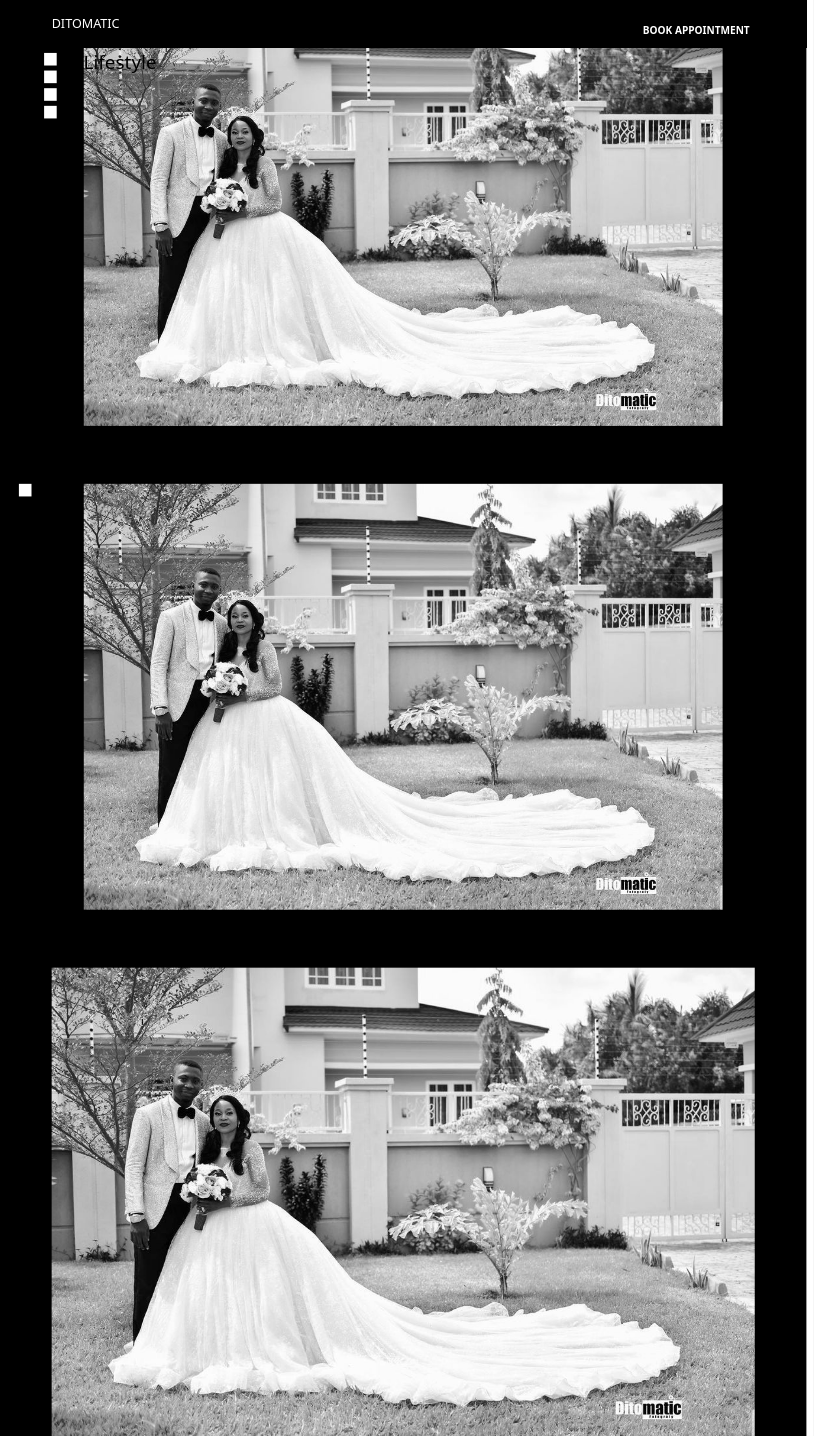
Repository: latenightsnacc/Ditomatic-Demo
Page: ditomatic.html
These files come from the project's save history. The page is drawn as it stood at one moment and after the next save; the edit follows.
The browser window is 1280 px wide. The page is 1292 px wide, so the pictures cover 1292 px, including what lies to the right of the window. The pictures show the whole page, at 63% of full size.
Some web libraries are served in a nearby version.

Above is the page before, as saved 2021-02-23 18:34:29.
Console error: TypeError: Cannot read properties of null (reading 'addEventListener')

### ditomatic.html
<!DOCTYPE html>
<html lang="en">
<head>
    <meta charset="UTF-8">
    <meta name="viewport" content="width=device-width, initial-scale=1.0">
    <!--Tailwind 2.0.2-->
    <link href="https://cdnjs.cloudflare.com/ajax/libs/tailwindcss/2.0.2/tailwind.min.css" rel="stylesheet">
    <!--Font Awesome 5.15.1-->
    <link rel="stylesheet" href="https://cdnjs.cloudflare.com/ajax/libs/font-awesome/5.15.1/css/all.min.css" integrity="sha512-+4zCK9k+qNFUR5X+cKL9EIR+ZOhtIloNl9GIKS57V1MyNsYpYcUrUeQc9vNfzsWfV28IaLL3i96P9sdNyeRssA==" crossorigin="anonymous" />
    <!-- Bootstrap 5.0.0 Beta-->
    <link href="https://cdn.jsdelivr.net/npm/bootstrap@5.0.0-beta1/dist/css/bootstrap.min.css" rel="stylesheet" integrity="sha384-giJF6kkoqNQ00vy+HMDP7azOuL0xtbfIcaT9wjKHr8RbDVddVHyTfAAsrekwKmP1" crossorigin="anonymous" />
    <!-- UIkit CSS -->
    <link rel="stylesheet" href="https://cdn.jsdelivr.net/npm/uikit@3.6.9/dist/css/uikit.min.css" />
    <link rel="stylesheet" href="stylesheet.css">
    <!--Page Title-->
    <title>Ditomatic Fotografy</title>
</head>
<body class="bg-black overflow-x-hidden">
    <!--Header-->
    <header>
        <nav class="navbar navbar-expand-lg navbar-light bg-black fixed-top mb-32">
            <div class="container">
                <a class="navbar-brand text-white" href="#">
                    DITOMATIC
                    <!-- <img src="assets/Logos/TRY-Logo.png" alt="" width="150px" > -->
                </a>
                <ul class="navbar-nav ml-auto mb-2 mb-lg-0">
                    <li class="nav-item">
                        <a class="nav-link font-bold text-base uppercase text-white" href="#">book appointment</a>
                    </li>
                </ul>
            </div>
        </nav>
    </header>
    <!--End of Header-->
    <main class="bg-transparent">
        <!--Event-->
        <section class="min-h-screen">
            <div class="film row">
                <div class="col-1">
                    <ul class="ml-10">
                        <li class="w-5 h-5 bg-white mb-2"></li>
                        <li class="w-5 h-5 bg-white mb-2"></li>
                        <li class="w-5 h-5 bg-white mb-2"></li>
                        <li class="w-5 h-5 bg-white mb-2"></li>
                        <li class="w-5 h-5 bg-white mb-2"></li>
                        <li class="w-5 h-5 bg-white mb-2"></li>
                        <li class="w-5 h-5 bg-white mb-2"></li>
                    </ul>
                </div>
                <div class="col-10">
                    <div class="container">
                        <div class="relative">
                            <img src="images/TLFC-ConvertImage.jpg" alt="" width="100%">

                            <div class="absolute top-20 left-0">
                                <div class="text-black text-3xl hover:font-bold">Lifestyle</div>
                            </div>
                        </div>
                    </div>
                </div>
                <div class="col-1"></div>

        </section>
        <div class="my-5"></div>
        <!--End of Event-->
        <!--Lifestyle-->
        <section class="min-h-screen">
            <div class="film row">
                <div class="col-1">
                    <ul>
                        <li class="w-5 h-5 bg-white"></li>
                    </ul>
                </div>
                <div class="col-10">
                    <div class="container">
                        <img src="images/TLFC-ConvertImage.jpg" alt="" width="100%">

                        <div class="uk-position-top-left">
                            <div>Lifestyle</div>
                        </div>
                    </div>
                </div>
                <div class="col-1"></div>
            </div>

        </section>
        <div class="my-5"></div>
        <!--Fashion-->
        <section class="min-h-screen">
            <div class="container">
                <img src="images/TLFC-ConvertImage.jpg" alt="" width="100%">

                <div class="uk-position-top-left">
                    <div>Lifestyle</div>
                </div>
            </div>
        </section>
        <!--End of Event-->

    </main>
<!-- UIkit JS -->
<script src="main.js"></script>
<script src="https://cdn.jsdelivr.net/npm/uikit@3.6.9/dist/js/uikit.min.js"></script>

<!--BOOTSTRAP CDN-->
<script src="https://cdn.jsdelivr.net/npm/bootstrap@5.0.0-beta1/dist/js/bootstrap.bundle.min.js" integrity="sha384-ygbV9kiqUc6oa4msXn9868pTtWMgiQaeYH7/t7LECLbyPA2x65Kgf80OJFdroafW" crossorigin="anonymous"></script>

</body>
</html>

### stylesheet.css
.d-none, #eventSet {
    display: none;
}

### main.js
let lifeStlyeSet = document.getElementById('lifestyleSet');
let eventSet = document.getElementById('eventSet');


document.getElementById('lifestyleBtn').addEventListener('click', function() {
    if(lifeStlyeSet.style.display === 'none') {
        lifeStlyeSet.style.display = 'block';
    } else {
        lifeStlyeSet.style.display = 'none';
    }
    }
)
document.getElementById('eventBtn').addEventListener('click', function() {
    if(eventSet.style.display === 'none') {
        eventSet.style.display = 'block';
    } else {
        eventSet.style.display = 'none';
    }
    }
)

After the next save:
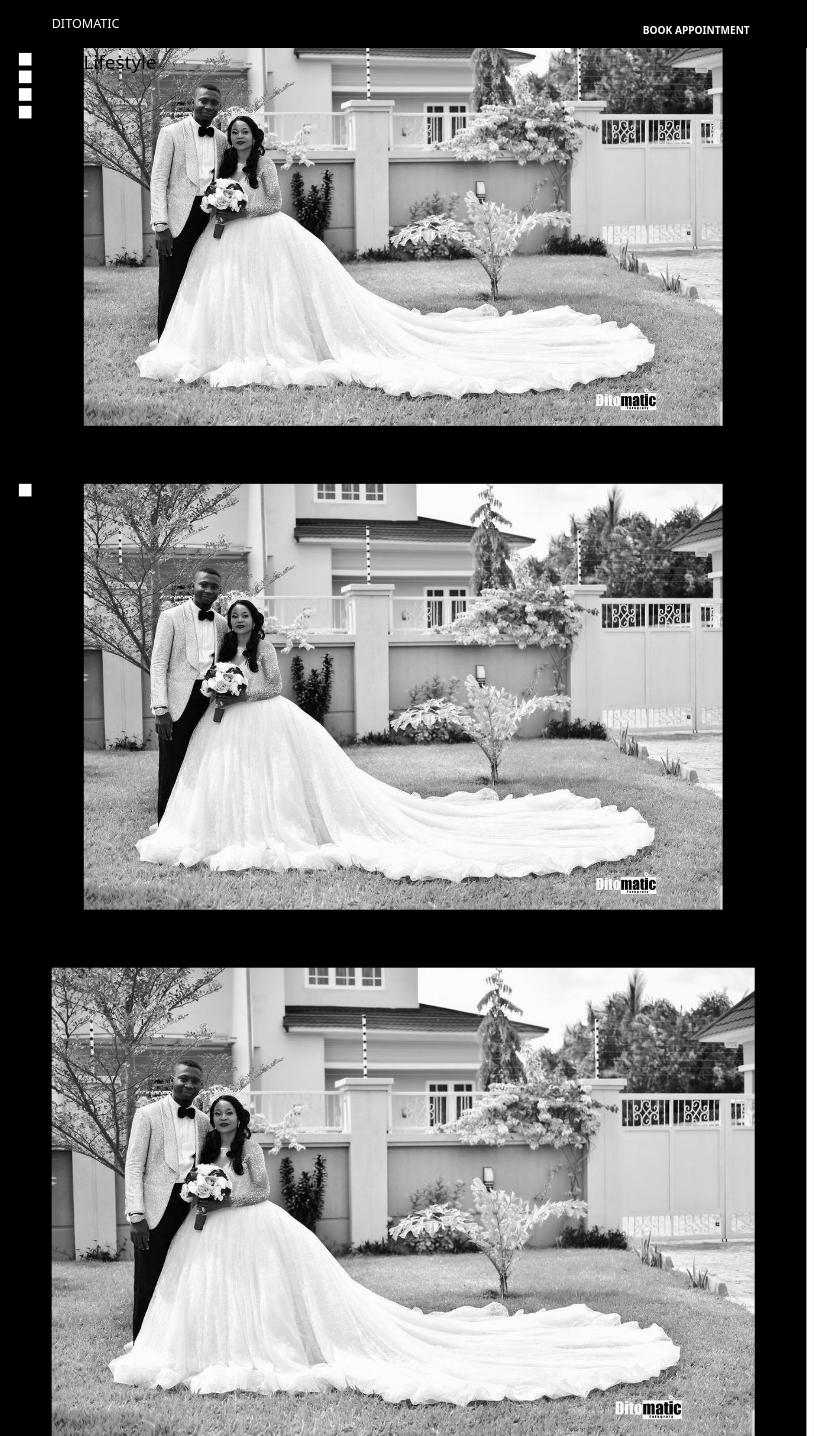
Saved 8 s later.
--- a/ditomatic.html
+++ b/ditomatic.html
@@ -38,7 +38,7 @@
         <section class="min-h-screen">
             <div class="film row">
                 <div class="col-1">
-                    <ul class="ml-10">
+                    <ul class="">
                         <li class="w-5 h-5 bg-white mb-2"></li>
                         <li class="w-5 h-5 bg-white mb-2"></li>
                         <li class="w-5 h-5 bg-white mb-2"></li>
